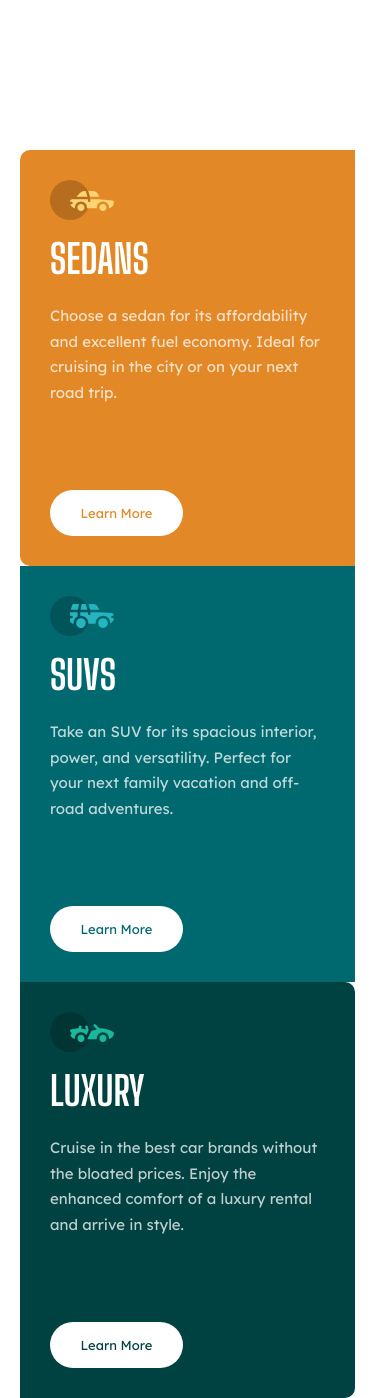
Repository: KamoliddinGIT/column-preview-card
Page: index.html
An editor plug-in stored every save of this project. The page is shown before and after the next save, followed by the edit.
The browser window is 375 px wide. The pictures show the whole page.

Above is the page before, as saved 2023-09-15 17:04:50.

After the next save:
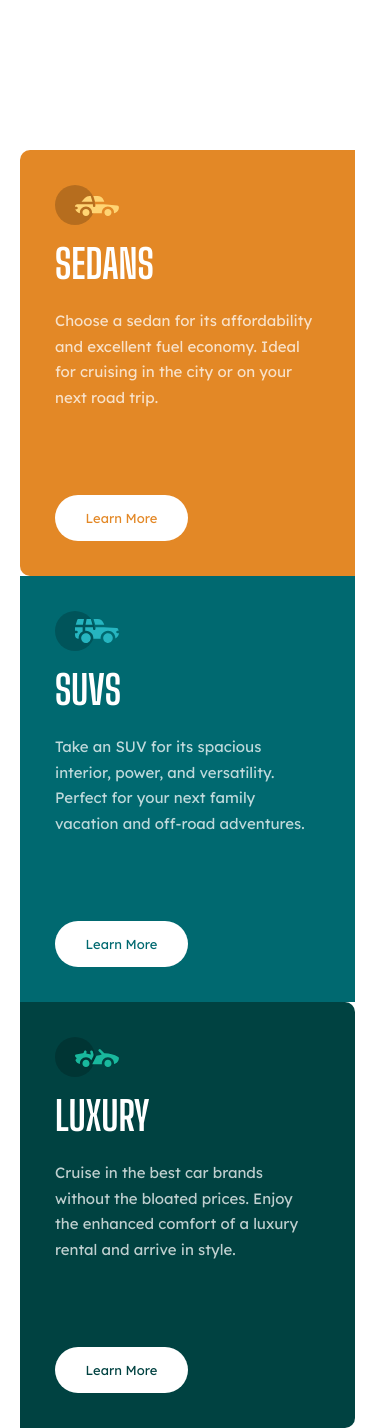
Saved 4 s later.
--- a/css/style.css
+++ b/css/style.css
@@ -196,7 +196,7 @@ body {
     width: 100%;
   }
   .card {
-    padding: 30px;
+    padding: 35px;
     width: 100%;
   }
 }
